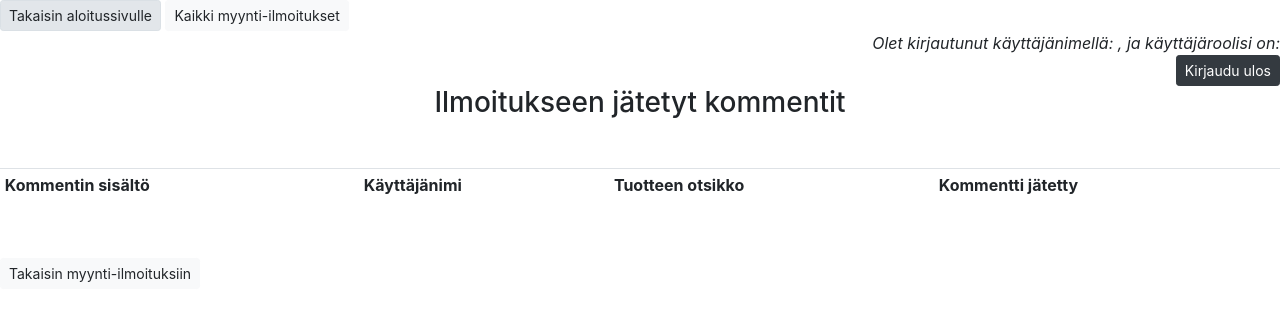
Repository: LiljestromNadja/Backend_s2023_harjoitustyo
Page: http://localhost/articleComments
The author's editor kept a copy of each file at every save. The page is drawn from the files as they stood at one save, then again after the next save.
The browser window is 1280 px wide. The pictures show the whole page.
The page is this project's Thymeleaf template; nobody is signed in. The template is opened directly, without the code that normally fills it, so the values that code supplies are empty.

Above is the page before, as saved 2023-11-10 16:24:06.

After the next save:
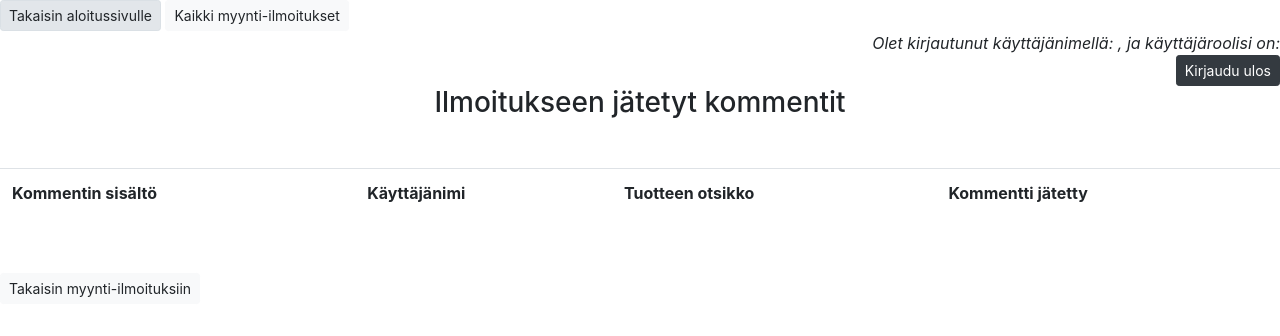
Saved 14 s later.
--- a/harkkas23v01/src/main/resources/templates/articleComments.html
+++ b/harkkas23v01/src/main/resources/templates/articleComments.html
@@ -27,7 +27,7 @@
 		<h3 style="text-align: center">Ilmoitukseen jätetyt kommentit</h3>
 
 		<div style="clear: both; display: block; height: 40px;"></div>
-		<table class="table table-hover table-sm">
+		<table class="table table-hover table-sm-sm">
 			<tr>
 				<th>Kommentin sisältö</th> <!-- th == tableHeader -->
 	<!-- 		<th>User</th>  -->

After the save that followed:
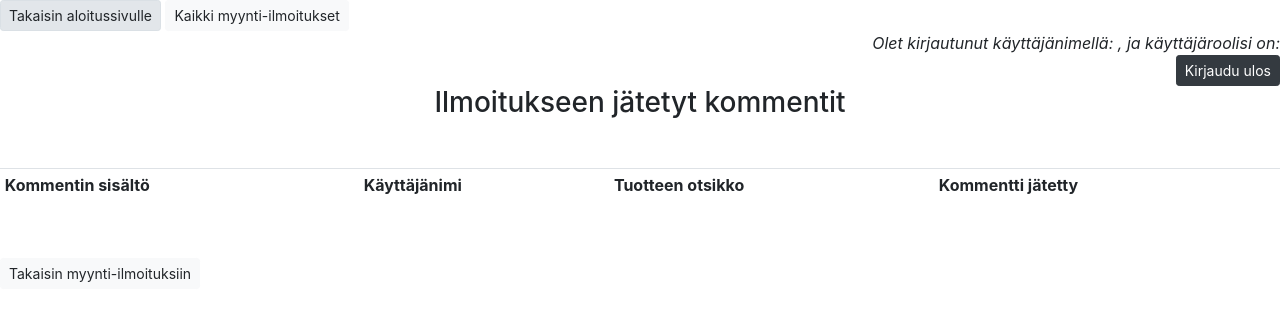
Saved 11 s later.
--- a/harkkas23v01/src/main/resources/templates/articleComments.html
+++ b/harkkas23v01/src/main/resources/templates/articleComments.html
@@ -27,7 +27,7 @@
 		<h3 style="text-align: center">Ilmoitukseen jätetyt kommentit</h3>
 
 		<div style="clear: both; display: block; height: 40px;"></div>
-		<table class="table table-hover table-sm-sm">
+		<table class="table table-hover table-sm">
 			<tr>
 				<th>Kommentin sisältö</th> <!-- th == tableHeader -->
 	<!-- 		<th>User</th>  -->
